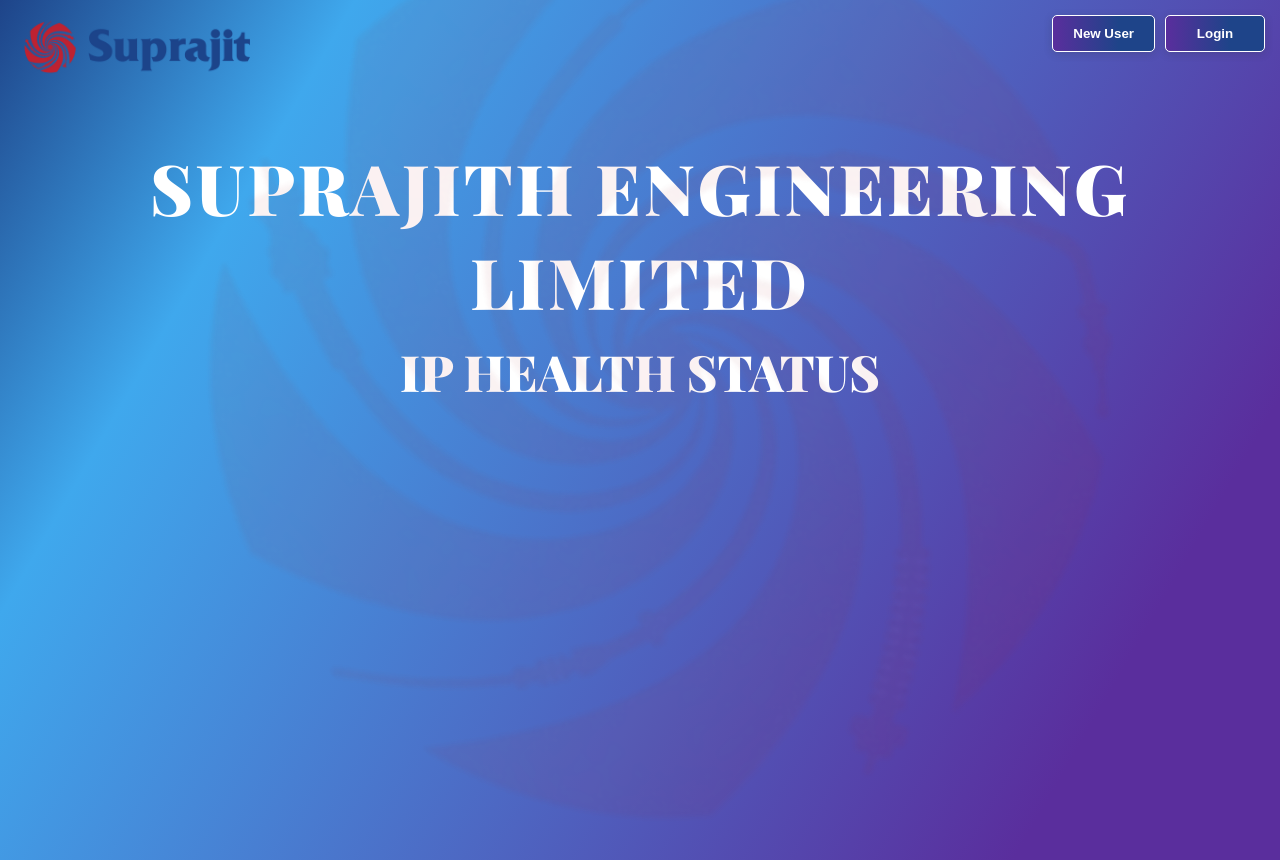
Repository: BanavasiPrakash/radminnetworkping
Page: src/main/resources/static/auth.html
An editor plug-in stored every save of this project. The page is shown before and after the next save, followed by the edit.
The browser window is 1280 px wide. The pictures show the whole page.

Above is the page before, as saved 2025-08-22 11:23:04.

### src/main/resources/static/auth.html
<!DOCTYPE html>
<html>
<head>
  <title>Signup & Login</title>
  <link rel="stylesheet" href="login.css">
  <style>
    @import url('https://fonts.googleapis.com/css2?family=Playfair+Display:wght@700;900&display=swap');
  </style>
</head>
<body>
  <img src="suprajit_logo_BG.png" alt="Suprajit Logo" class="suprajit-logo" />

  <h2 class="company-title">SUPRAJITH ENGINEERING LIMITED</h2>
  <h1 class="page-title">IP HEALTH STATUS</h1>

  <div class="button-group">
    <button id="new-user-btn" class="control-btn" onclick="switchTab('signup')">New User</button>
    <button id="login-btn" class="control-btn" onclick="switchTab('login')">Login</button>
  </div>

  <div id="signup-container" class="container">
    <form id="signup-form" onsubmit="submitSignup(event)">
      <input type="text" id="signup-username" placeholder="Username" required />
      <input type="password" id="signup-password" placeholder="Password" required />
      <button type="submit">Sign Up</button>
      <div id="signup-message" class="message"></div>
    </form>
  </div>

  <div id="login-container" class="container">
    <form id="login-form" onsubmit="submitLogin(event)">
      <input type="text" id="login-username" placeholder="Username" required />
      <input type="password" id="login-password" placeholder="Password" required />
      <button type="submit">Log In</button>
      <div id="login-message" class="message"></div>
    </form>
  </div>

  <script src="script.js"></script>
</body>
</html>

### src/main/resources/static/login.css

@import url('https://fonts.googleapis.com/css2?family=Playfair+Display:wght@700;900&display=swap');

body {
  font-family: Arial, sans-serif;
  margin: 0;
  padding-top: 140px; /* Space for titles/buttons */
  display: flex;
  flex-direction: column;
  align-items: center;
  min-height: 100vh;
  background: linear-gradient(120deg, #1e4489 0%, #3FA8ED 20%, #5a2e9d 85%);
  position: relative;
  z-index: 1;
}

/* Logo as background shadow */
body::before {
  content: "";
  position: fixed;
  top: 50%;
  left: 50%;
  width: 1000px;
  height: 1000px;
  background: url('suprajit_logo.png') no-repeat center center;
  background-size: contain;
  opacity: 0.06; /* Strength of shadow */
  transform: translate(-50%, -50%);
  z-index: 0;
  pointer-events: none;
  animation: rotateLogo 8s linear infinite; /* add rotation animation */
}

@keyframes rotateLogo {
  0% {
    transform: translate(-50%, -50%) rotate(0deg);
  }
  100% {
    transform: translate(-50%, -50%) rotate(360deg);
  }
}

.suprajit-logo {
  position: fixed;
  top: 10px;
  left: 10px;
  width: auto;
  height: 80px;
  z-index: 1000;
}

.company-title {
  font-family: 'Playfair Display', serif;
  font-weight: 900;
  font-size: 70px;
  color: white;
  margin: 0 0 10px 0;
  text-align: center;
  letter-spacing: 3px;
}

.page-title {
  font-family: 'Playfair Display', serif;
  font-size: 50px;
  font-weight: 900;
  margin: 0 0 40px 0;
  text-align: center;
  color: white;
}

.button-group {
  position: fixed;
  top: 15px;
  right: 15px;
  display: flex;
  gap: 10px;
  z-index: 1001;
}

.control-btn {
  padding: 10px 20px;
  font-weight: bold;
  color: #fff;
  border: 1px solid #fff;
  border-radius: 5px;
  cursor: pointer;
  min-width: 100px;
  background: linear-gradient(90deg, #5a2e9d 0%, #1e4489 65%);
  box-shadow: 0 2px 8px #2c2c2c33;
  transition: background 0.3s, border-color 0.3s;
}

.control-btn:hover {
  background: linear-gradient(90deg, #bd2331 0%, #5a2e9d 100%);
  border-color: #bd2331;
}

.control-btn.active {
  background: linear-gradient(90deg, #bd2331 0%, #5a2e9d 70%);
  border-color: #bd2331;
}

.container {
  background: #fff;
  box-shadow: 0 0 12px #2c2c2c55;
  border: 2px solid #5a2e9d;
  width: 350px;
  border-radius: 12px;
  padding: 30px;
  margin-bottom: 30px;
  display: none;
  position: relative;
  z-index: 1;
}

.container.active {
  display: block;
}

input {
  width: 100%;
  padding: 10px;
  margin: 10px 0;
  box-sizing: border-box;
  border: 1.5px solid #5a2e9d;
  border-radius: 6px;
  transition: border-color 0.3s;
}

input:focus {
  border-color: #bd2331;
  outline: none;
}

button[type="submit"] {
  width: 100%;
  padding: 10px;
  background: linear-gradient(90deg, #bd2331 0%, #5a2e9d 100%);
  color: white;
  border: none;
  border-radius: 5px;
  cursor: pointer;
  font-weight: bold;
  box-shadow: 0 2px 6px #60606044;
  transition: background 0.3s;
}

button[type="submit"]:hover {
  background: linear-gradient(90deg, #5a2e9d 0%, #bd2331 100%);
}

.message {
  margin: 15px 0;
  padding: 10px;
  border-radius: 5px;
  font-weight: 600;
}

.success {
  background-color: #d4edda;
  color: #155724;
}

.error {
  background-color: #f8d7da;
  color: #721c24;
}

### src/main/resources/static/script.js
function switchTab(tab) {
  const signupContainer = document.getElementById('signup-container');
  const loginContainer = document.getElementById('login-container');

  if (tab === 'signup') {
    signupContainer.classList.add('active');
    loginContainer.classList.remove('active');
  } else {
    loginContainer.classList.add('active');
    signupContainer.classList.remove('active');
  }

  document.getElementById('new-user-btn').classList.toggle('active', tab === 'signup');
  document.getElementById('login-btn').classList.toggle('active', tab === 'login');

  document.getElementById('signup-message').textContent = '';
  document.getElementById('login-message').textContent = '';
}

async function submitSignup(event) {
  event.preventDefault();
  const username = document.getElementById('signup-username').value.trim();
  const password = document.getElementById('signup-password').value.trim();
  const msg = document.getElementById('signup-message');
  msg.textContent = '';
  msg.className = 'message';

  try {
    const res = await fetch('http://localhost:8080/api/auth/signup', {
      method: 'POST',
      headers: {'Content-Type': 'application/x-www-form-urlencoded'},
      body: new URLSearchParams({username, password})
    });
    const text = await res.text();
    if (res.ok) {
      msg.textContent = 'Signup successful! Please log in.';
      msg.classList.add('success');
      switchTab('login');
    } else {
      msg.textContent = text || 'Signup failed.';
      msg.classList.add('error');
    }
  } catch (error) {
    msg.textContent = 'Error: ' + error.message;
    msg.classList.add('error');
  }
}

async function submitLogin(event) {
  event.preventDefault();
  const username = document.getElementById('login-username').value.trim();
  const password = document.getElementById('login-password').value.trim();
  const msg = document.getElementById('login-message');
  msg.textContent = '';
  msg.className = 'message';

  try {
    const res = await fetch('http://localhost:8080/api/auth/login', {
      method: 'POST',
      headers: {'Content-Type': 'application/x-www-form-urlencoded'},
      body: new URLSearchParams({username, password})
    });
    if (res.ok) {
      const userData = await res.json(); // Expecting {username, role}
      sessionStorage.setItem('currentUser', JSON.stringify({
        username: userData.username,
        role: userData.role
      }));
      msg.textContent = 'Login successful! Redirecting...';
      msg.classList.add('success');
      setTimeout(() => { window.location.href = 'index.html'; }, 1000);
    } else {
      const text = await res.text();
      msg.textContent = text || 'Login failed.';
      msg.classList.add('error');
    }
  } catch (error) {
    msg.textContent = 'Error: ' + error.message;
    msg.classList.add('error');
  }
}

After the next save:
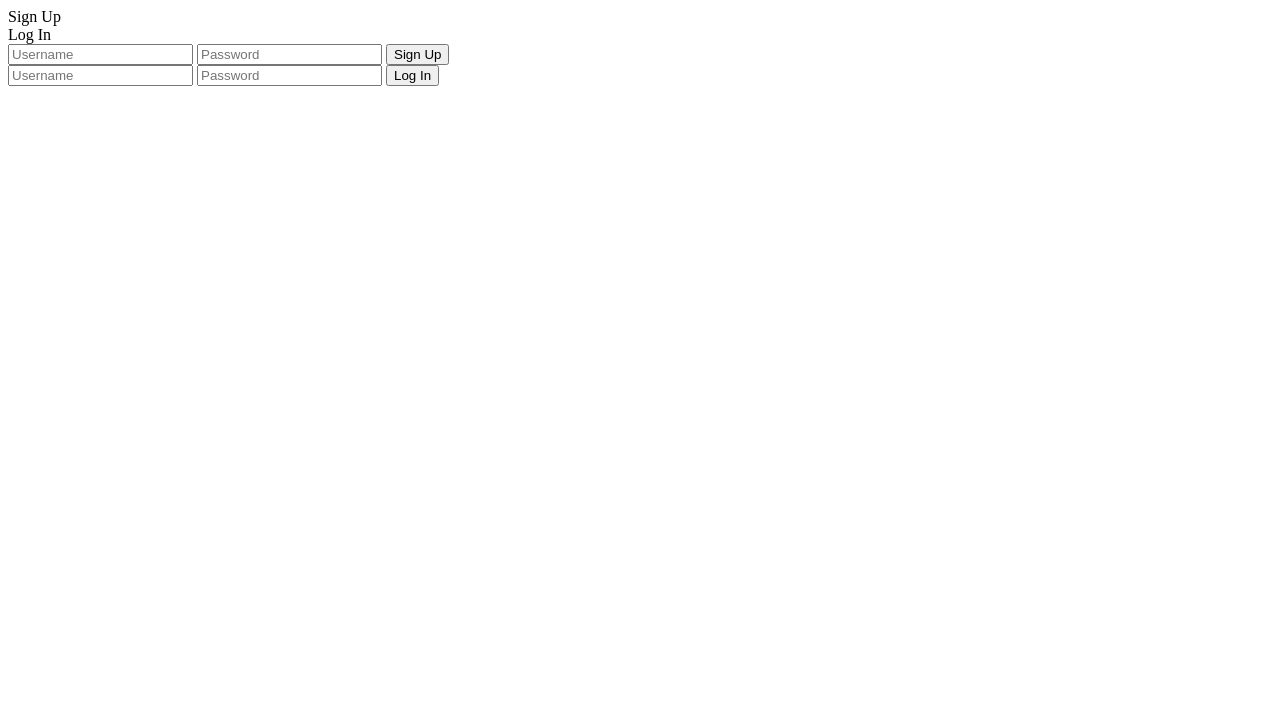
Saved 3 min 0 s later.
--- a/src/main/resources/static/auth.html
+++ b/src/main/resources/static/auth.html
@@ -2,40 +2,97 @@
 <html>
 <head>
   <title>Signup & Login</title>
-  <link rel="stylesheet" href="login.css">
-  <style>
-    @import url('https://fonts.googleapis.com/css2?family=Playfair+Display:wght@700;900&display=swap');
-  </style>
+
 </head>
 <body>
-  <img src="suprajit_logo_BG.png" alt="Suprajit Logo" class="suprajit-logo" />
-
-  <h2 class="company-title">SUPRAJITH ENGINEERING LIMITED</h2>
-  <h1 class="page-title">IP HEALTH STATUS</h1>
-
-  <div class="button-group">
-    <button id="new-user-btn" class="control-btn" onclick="switchTab('signup')">New User</button>
-    <button id="login-btn" class="control-btn" onclick="switchTab('login')">Login</button>
-  </div>
-
-  <div id="signup-container" class="container">
-    <form id="signup-form" onsubmit="submitSignup(event)">
-      <input type="text" id="signup-username" placeholder="Username" required />
-      <input type="password" id="signup-password" placeholder="Password" required />
+  <div class="container">
+    <div class="tabs">
+      <div id="signup-tab" class="tab active" onclick="switchTab('signup')">Sign Up</div>
+      <div id="login-tab" class="tab" onclick="switchTab('login')">Log In</div>
+    </div>
+    <form id="signup-form" class="active" onsubmit="submitSignup(event)">
+      <input type="text" id="signup-username" placeholder="Username" required>
+      <input type="password" id="signup-password" placeholder="Password" required>
       <button type="submit">Sign Up</button>
       <div id="signup-message" class="message"></div>
     </form>
-  </div>
-
-  <div id="login-container" class="container">
     <form id="login-form" onsubmit="submitLogin(event)">
-      <input type="text" id="login-username" placeholder="Username" required />
-      <input type="password" id="login-password" placeholder="Password" required />
+      <input type="text" id="login-username" placeholder="Username" required>
+      <input type="password" id="login-password" placeholder="Password" required>
       <button type="submit">Log In</button>
       <div id="login-message" class="message"></div>
     </form>
   </div>
+  <script>
+    function switchTab(tab) {
+      document.getElementById('signup-form').classList.toggle('active', tab === 'signup');
+      document.getElementById('login-form').classList.toggle('active', tab === 'login');
+      document.getElementById('signup-tab').classList.toggle('active', tab === 'signup');
+      document.getElementById('login-tab').classList.toggle('active', tab === 'login');
+      document.getElementById('signup-message').textContent = '';
+      document.getElementById('login-message').textContent = '';
+    }
 
-  <script src="script.js"></script>
+    async function submitSignup(event) {
+      event.preventDefault();
+      const username = document.getElementById('signup-username').value.trim();
+      const password = document.getElementById('signup-password').value.trim();
+      const msg = document.getElementById('signup-message');
+      msg.textContent = '';
+      msg.className = 'message';
+      try {
+        const res = await fetch('http://localhost:8080/api/auth/signup', {
+          method: 'POST',
+          headers: {'Content-Type': 'application/x-www-form-urlencoded'},
+          body: new URLSearchParams({username, password})
+        });
+        const text = await res.text();
+        if (res.ok) {
+          msg.textContent = 'Signup successful! Please log in.';
+          msg.classList.add('success');
+          switchTab('login');
+        } else {
+          msg.textContent = text || 'Signup failed.';
+          msg.classList.add('error');
+        }
+      } catch (error) {
+        msg.textContent = 'Error: ' + error.message;
+        msg.classList.add('error');
+      }
+    }
+
+    async function submitLogin(event) {
+      event.preventDefault();
+      const username = document.getElementById('login-username').value.trim();
+      const password = document.getElementById('login-password').value.trim();
+      const msg = document.getElementById('login-message');
+      msg.textContent = '';
+      msg.className = 'message';
+      try {
+        const res = await fetch('http://localhost:8080/api/auth/login', {
+          method: 'POST',
+          headers: {'Content-Type': 'application/x-www-form-urlencoded'},
+          body: new URLSearchParams({username, password})
+        });
+        if (res.ok) {
+          const userData = await res.json(); // Should contain {username, role}
+          sessionStorage.setItem('currentUser', JSON.stringify({
+            username: userData.username,
+            role: userData.role
+          }));
+          msg.textContent = 'Login successful! Redirecting...';
+          msg.classList.add('success');
+          setTimeout(() => { window.location.href = 'status.html'; }, 1000);
+        } else {
+          const text = await res.text();
+          msg.textContent = text || 'Login failed.';
+          msg.classList.add('error');
+        }
+      } catch (error) {
+        msg.textContent = 'Error: ' + error.message;
+        msg.classList.add('error');
+      }
+    }
+  </script>
 </body>
 </html>
